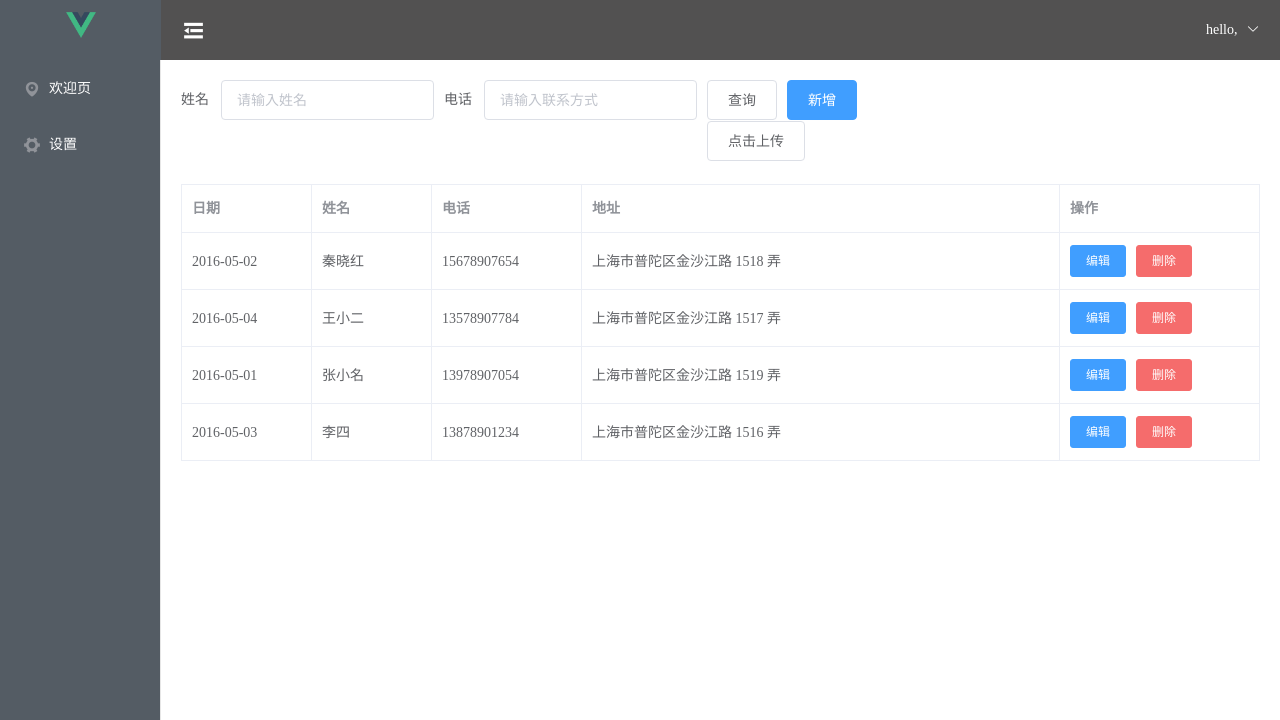
Repository: qianxuebing/admin
Page: /Layout/Table
These files come from the project's save history. The page is drawn as it stood at one moment and after the next save; the edit follows.
The browser window is 1280 px wide. The pictures show the whole page.
The project was rebuilt for these pictures with package versions that can differ from the ones it lists, and the page was loaded fresh each time. Also part of the build but not shown: src/views/login/Login.vue. Imported but missing from the stored project, and not drawn on this page: src/views/home/Home.

Above is the page before, as saved 2020-01-08 10:03:01.

### src/main.js
// The Vue build version to load with the `import` command
// (runtime-only or standalone) has been set in webpack.base.conf with an alias.
import Vue from 'vue'
import App from './App'
import router from './router'
import ElementUI from 'element-ui'
import 'element-ui/lib/theme-chalk/index.css'
import store from './store/index'

Vue.use(ElementUI)

Vue.config.productionTip = false

/* eslint-disable no-new */
new Vue({
  el: '#app',
  router,
  store,
  components: { App },
  template: '<App/>'
})

### src/App.vue
<template>
  <div id="app">
    <router-view/>
  </div>
</template>

<script>
export default {
  name: 'App'
}
</script>

<style>
html,body {
  height: 100%;
  overflow: hidden;
  margin: 0;
  padding: 0!important;
}
  #app {
    height: 100%;
  }
</style>

### src/router/index.js
import Vue from 'vue'
import Router from 'vue-router'
import Login from '@/views/login/Login'
import Layout from '@/views/layout/Layout'
import Home from '@/views/home/Home'
import Table from '@/views/table/Table'

Vue.use(Router)

export default new Router({
  mode: 'history',
  routes: [
    {
      path: '/',
      name: 'Login',
      component: Login
    },
    {
      path: '/Layout',
      component: Layout,
      children: [
        {
          path: '/',
          name: 'Home',
          component: Home
        },
        {
          path: '/Layout/Table',
          name: 'Table',
          component: Table
        }
      ]
    }
  ]
})

### src/store/index.js
import Vue from 'vue'
import Vuex from 'vuex'

Vue.use(Vuex)

const store = new Vuex.Store({
  state: {
    isActive: false,
    loginForm: {
      name: '',
      pass: ''
    }
  },
  getters: {

  },
  mutations: {
    TOGGLE_SIDEBAR (state) {
      state.isActive = !state.isActive
    },
    LOGIN (state, loginForm) {
      state.loginForm = loginForm
    }
  },
  actions: {
    toggleSideBar ({commit}) {
      commit('TOGGLE_SIDEBAR')
    },
    login (context, loginForm) {
      context.commit('LOGIN', loginForm)
    }
  }
})

export default store

### src/views/layout/Layout.vue
<template>
  <el-container class="container">
      <side-bar></side-bar>
      <el-container>
          <el-header class="header">
            <nav-bar></nav-bar>
          </el-header>
          <el-main>
            <router-view></router-view>
          </el-main>
      </el-container>
  </el-container>
</template>

<script>
import SideBar from '../../components/SideBar'
import NavBar from '../../components/NavBar'
export default {
  components: {
    SideBar,
    NavBar
  }
}
</script>

<style>
  .container{
    height: 100%;
  }
  .header{
    background: rgb(82, 81, 81);
    color: #fff;
  }
</style>

### src/views/table/Table.vue
<template>
  <div>
    <el-form :inline="true" :model="formInline">
      <el-form-item label="姓名">
         <el-input v-model="formInline.name" placeholder="请输入姓名"></el-input>
      </el-form-item>
      <el-form-item label="电话">
         <el-input v-model="formInline.telephone" placeholder="请输入联系方式"></el-input>
      </el-form-item>
      <el-form-item>
        <el-button @click="onSearch">查询</el-button>
        <el-button type="primary" @click="onAdd">新增</el-button>
        <el-upload
        >
          <el-button>点击上传</el-button>
        </el-upload>
      </el-form-item>
    </el-form>
    <el-table :data="tableData" style="width: 100%" border>
      <el-table-column
        prop="date"
        label="日期"
        width="130">
      </el-table-column>
      <el-table-column
        prop="name"
        label="姓名"
        width="120">
      </el-table-column>
      <el-table-column
        prop="tel"
        label="电话"
        width="150">
      </el-table-column>
      <el-table-column
        prop="address"
        label="地址">
      </el-table-column>
       <el-table-column
        prop="operation"
        label="操作"
        width="200">
        <template slot-scope="scope">
          <el-button @click="handleEdit(scope.$index,scope.row)" type="primary" size="small">编辑</el-button>
          <el-button @click="handleDelete(scope.$index,scope.row)" type="danger" size="small">删除</el-button>
        </template>
      </el-table-column>
    </el-table>

    <!-- dialog -->
    <el-dialog :title="title" :visible.sync="dialogFormVisible" width="40%">
      <el-form :model="editForm" label-width="80px">
        <el-form-item label="姓名">
          <el-input v-model="editForm.name" autocomplete="off"></el-input>
        </el-form-item>
        <el-form-item label="电话">
          <el-input v-model="editForm.tel" autocomplete="off"></el-input>
        </el-form-item>
         <el-form-item label="地址">
          <el-input v-model="editForm.address" autocomplete="off"></el-input>
        </el-form-item>
      </el-form>
      <div slot="footer" class="dialog-footer">
        <el-button @click="dialogFormVisible = false">取 消</el-button>
        <el-button type="primary" @click="onSave">保存</el-button>
      </div>
    </el-dialog>
  </div>
</template>

<script>
import tableData from './tableData.js'
export default {
  data () {
    return {
      tableData: tableData,
      title: '',
      dialogFormVisible: false,
      editIndex: 0,
      formInline: {
        name: '',
        telephone: ''
      },
      editForm: {
        name: '',
        tel: '',
        address: ''
      }
    }
  },
  computed: {
    formatDate () {
      let now = new Date()
      let year = now.getFullYear()
      let month = now.getMonth() + 1
      let day = now.getDate()
      month = month >= 10 ? month : '0' + month
      day = day >= 10 ? day : '0' + day
      return `${year}-${month}-${day}`
    }
  },
  methods: {
    onSearch () {
      if (this.formInline.name === '' && this.formInline.telephone === '') {
        this.$message({
          message: '请输入查询条件',
          type: 'error'
        })
        return false
      } else {
        this.$message({
          message: '查询成功',
          type: 'success'
        })
      }
    },
    onAdd () {
      this.title = '新增'
      this.dialogFormVisible = true
      this.editForm = {}
    },
    handleEdit (index, row) {
      this.editIndex = index
      this.title = '编辑'
      this.dialogFormVisible = true
      this.editForm = Object.assign({}, row)
    },
    handleDelete (index, row) {
      this.$confirm(`确定要删除"${row.name}"的相关信息吗？`, '提示', {
        confirmButtonText: '确定',
        cancelButtonText: '取消',
        type: 'warning'
      }).then(() => {
        this.tableData.splice(index, 1)
        this.$message({
          type: 'success',
          message: '删除成功!'
        })
      }).catch(() => {
        this.$message({
          type: 'info',
          message: '已取消删除'
        })
      })
    },
    onSave () {
      this.dialogFormVisible = false
      if (this.title === '新增') {
        this.tableData.push({
          date: this.formatDate,
          name: this.editForm.name,
          tel: this.editForm.tel,
          address: this.editForm.address
        })
      } else {
        this.tableData.splice(this.editIndex, 1, this.editForm)
      }
    }
  }
}
</script>

<style>

</style>

### src/components/SideBar.vue
<template>
<div class="side-bar">
  <div style="text-align: center; height: 60px;">
    <el-image
      style="width: 30px; height: 30px"
      :src="logo"
      fit>
    </el-image>
  </div>
  <el-menu router :default-active="$route.path" class="el-menu-vertical-demo menu" :collapse="isActive" background-color="#545c64" text-color="#fff" active-text-color="#fff">
    <template v-for="item in sideBarData">
      <el-menu-item :index="item.path" :key="item.id">
        <i :class="item.icon"></i>
        <span slot="title">{{ item.title }}</span>
      </el-menu-item>
    </template>
  </el-menu>
</div>
</template>

<script>
import { mapState } from 'vuex'
import sideBarData from './mock.js'
import logo from '@/assets/logo.png'
export default {
  data () {
    return {
      sideBarData: sideBarData,
      logo: logo
    }
  },
  computed: {
    ...mapState(['isActive'])
  }
}
</script>

<style>
  .menu {
    height: 100%;
    overflow: auto;
    border: 0;
  }
  .el-menu-vertical-demo:not(.el-menu--collapse) {
    width: 160px;
  }
  .side-bar{
    background-color: #545c64;
  }
  .el-image{
    margin: 10px auto;
  }
  .el-menu-item.is-active {
   background-color: #409EFF !important;
  }
</style>

### src/components/NavBar.vue
<template>
  <div class="header-inner">
    <i class="active-btn" :class="`${isActive ? 'el-icon-s-unfold' : 'el-icon-s-fold'}`" @click="toggleSideBar" size='lage'></i>
    <el-dropdown  @command="handleCommand">
      <span class="el-dropdown-link">
        hello, {{ loginForm.name }}<i class="el-icon-arrow-down el-icon--right"></i>
      </span>
      <el-dropdown-menu slot="dropdown">
        <el-dropdown-item command="out">退出登录</el-dropdown-item>
      </el-dropdown-menu>
    </el-dropdown>
  </div>
</template>

<script>
import { mapState } from 'vuex'
export default {
  computed: {
    ...mapState(['isActive', 'loginForm'])
  },
  methods: {
    toggleSideBar () {
      this.$store.dispatch('toggleSideBar')
    },
    handleCommand (command) {
      this.$router.push({path: '/'})
      this.loginForm.name = ''
      this.loginForm.pass = ''
      this.$store.dispatch('login', this.loginForm)
    }
  }
}
</script>

<style>
  .header-inner{
    height: 60px;
    display: flex;
    justify-content: space-between;
    align-items: center;
  }
  .active-btn{
    font-size: 25px;
  }
  .header-inner .el-dropdown{
    color: #fff;
  }
</style>

### src/views/table/tableData.js
const tableData = [{
  date: '2016-05-02',
  name: '秦晓红',
  tel: '15678907654',
  address: '上海市普陀区金沙江路 1518 弄'
}, {
  date: '2016-05-04',
  name: '王小二',
  tel: '13578907784',
  address: '上海市普陀区金沙江路 1517 弄'
}, {
  date: '2016-05-01',
  name: '张小名',
  tel: '13978907054',
  address: '上海市普陀区金沙江路 1519 弄'
}, {
  date: '2016-05-03',
  name: '李四',
  tel: '13878901234',
  address: '上海市普陀区金沙江路 1516 弄'
}]

export default tableData

### src/components/mock.js
const sideBarData = [
  {
    id: '01',
    path: '/layout',
    title: '欢迎页',
    icon: 'el-icon-location'
  }, {
    id: '02',
    path: '/layout/table',
    title: '设置',
    icon: 'el-icon-s-tools'
  }
]

export default sideBarData

Loaded but not shown: index.html (common file)

After the next save:
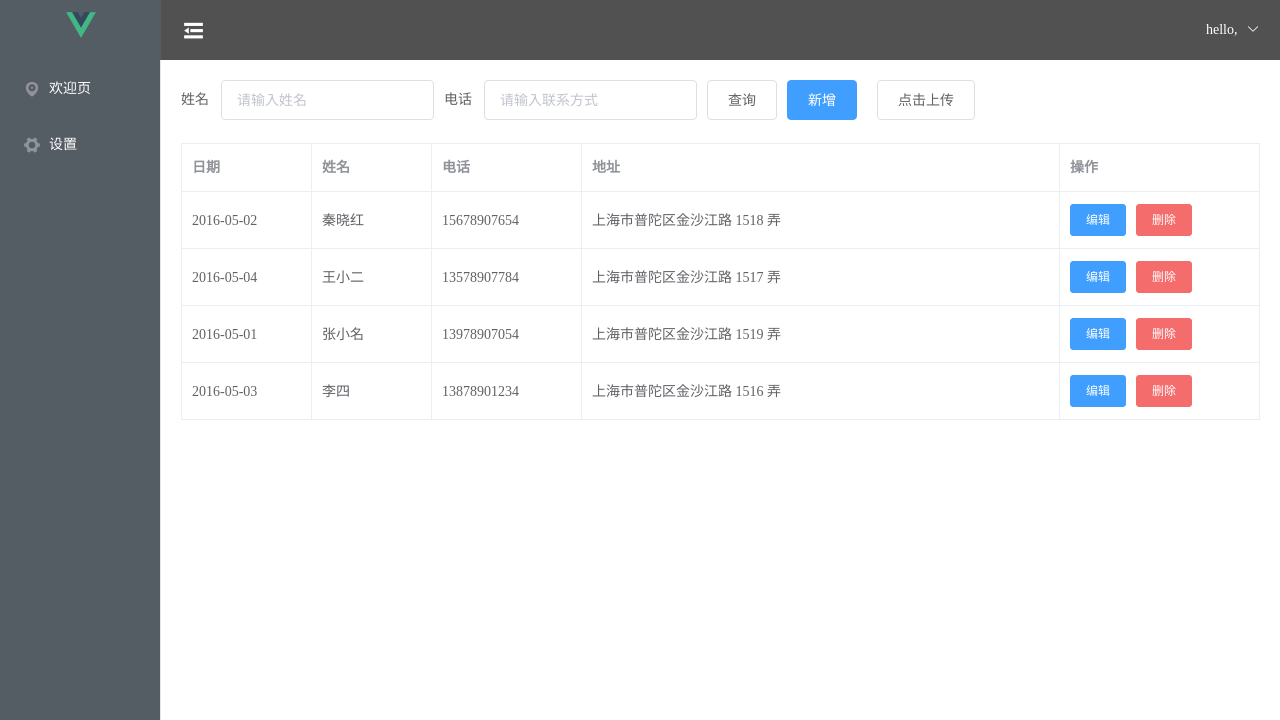
Saved 3 min 12 s later.
--- a/src/views/table/Table.vue
+++ b/src/views/table/Table.vue
@@ -11,6 +11,7 @@
         <el-button @click="onSearch">查询</el-button>
         <el-button type="primary" @click="onAdd">新增</el-button>
         <el-upload
+          class="upload"
         >
           <el-button>点击上传</el-button>
         </el-upload>
@@ -161,5 +162,8 @@ export default {
 </script>
 
 <style>
-
+  .upload {
+    display: inline-block;
+    margin-left: 20px;
+  }
 </style>
